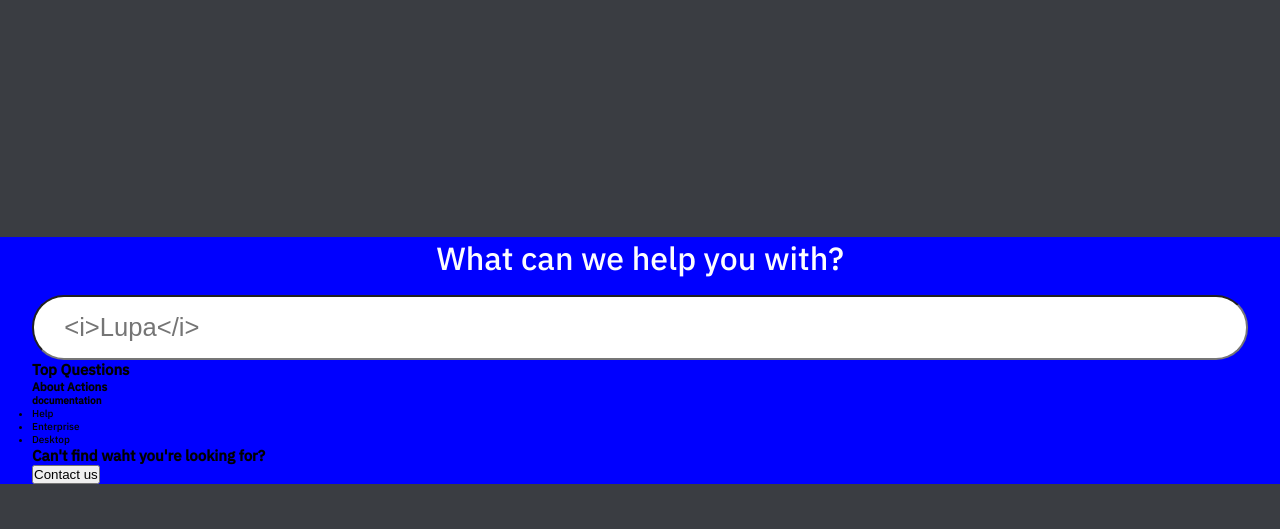
Repository: Hcmwebs/Help-Center-UI-
Page: index.html
These files come from the project's save history. The page is drawn as it stood at one moment and after the next save; the edit follows.
The browser window is 1280 px wide. The pictures show the whole page.
The style sheet was rebuilt from its Sass, Less or Tailwind sources for each picture, by a compiler version that may differ from the author's.

Above is the page before, as saved 2020-08-20 20:12:10.

After the next save:
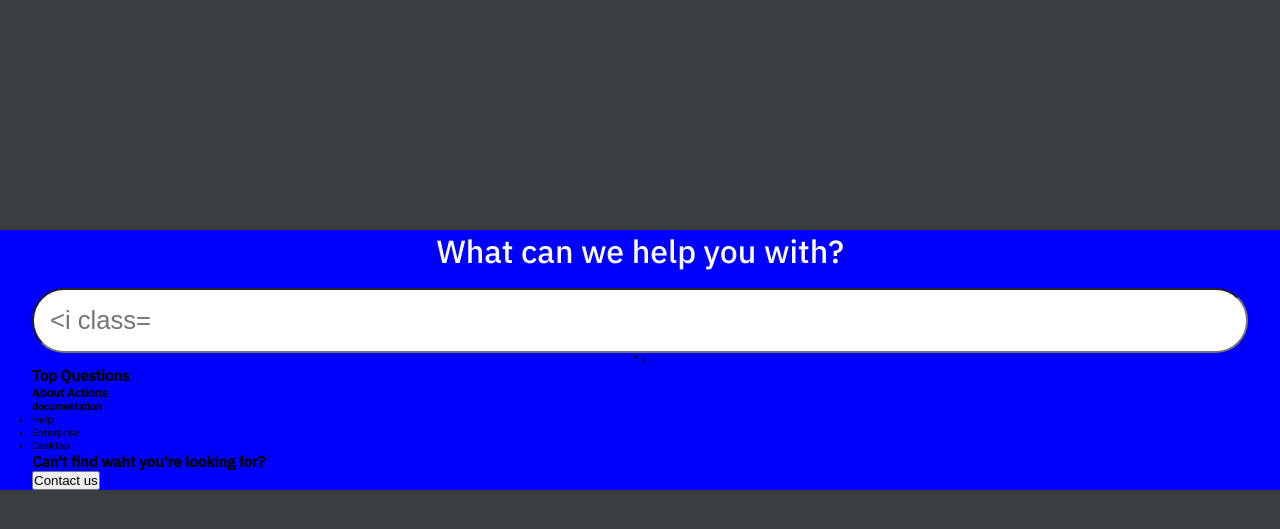
Saved 7 min 35 s later.
--- a/index.html
+++ b/index.html
@@ -12,7 +12,7 @@
             <h1>What can we help  you with?</h1>
             <input type="search"
             id="search"
-            placeholder="  <i>Lupa</i>" >
+            placeholder="<i class="fal fa-search"></i>" >
 
         </header>
 
